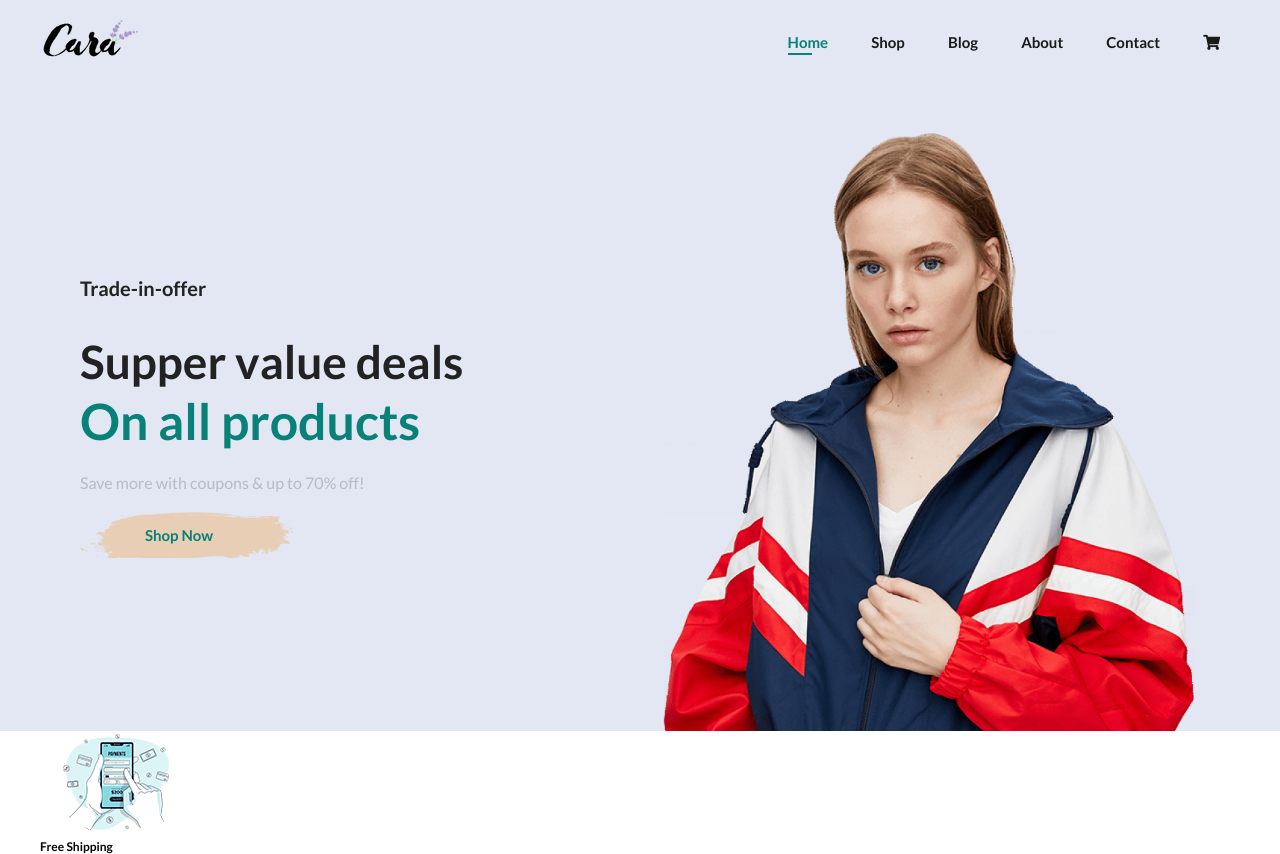
Repository: Nguyenductuan-dev/Website-Clothes
Page: index.html
These files come from the project's save history. The page is drawn as it stood at one moment and after the next save; the edit follows.
The browser window is 1280 px wide. The pictures show the whole page.

Above is the page before, as saved 2022-04-25 23:52:16.

After the next save:
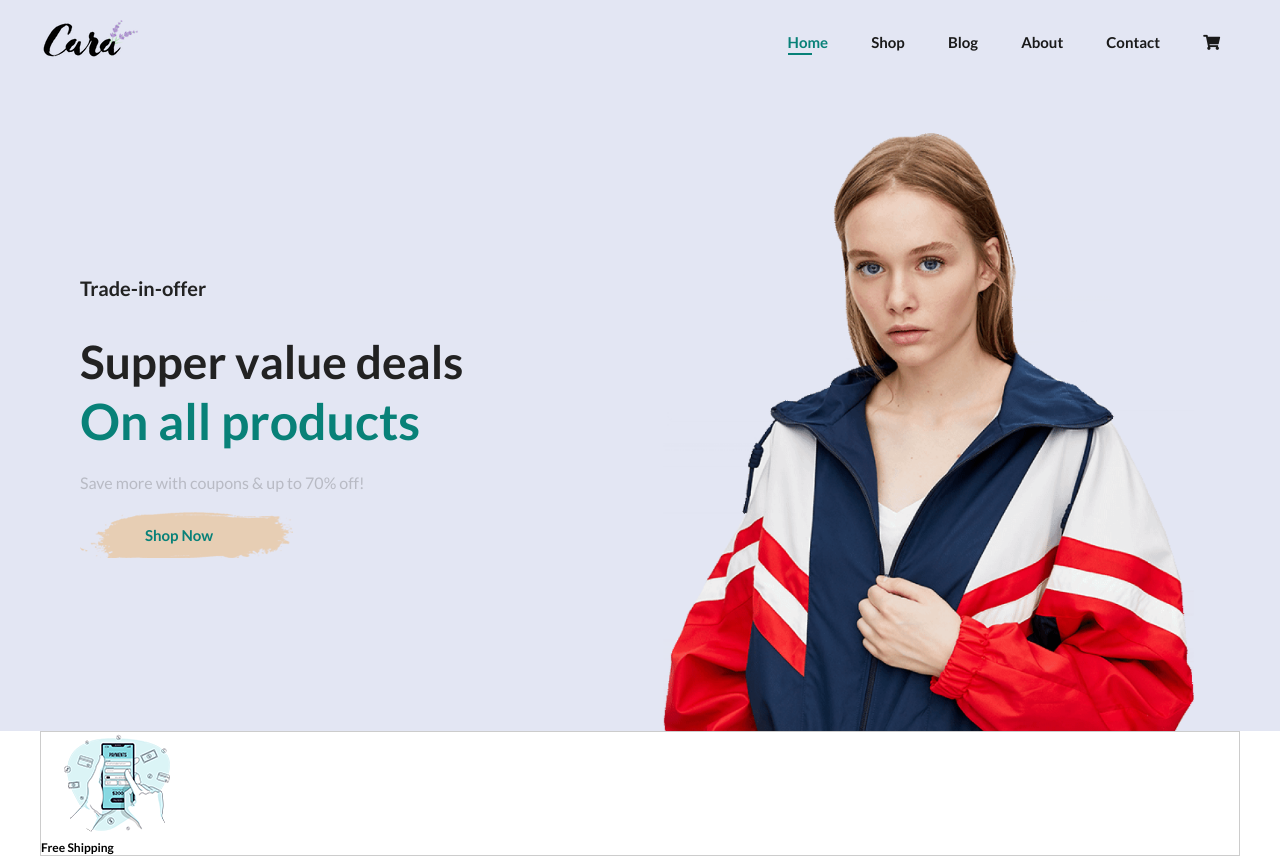
Saved 2 min 16 s later.
--- a/assets/css/style.css
+++ b/assets/css/style.css
@@ -122,3 +122,8 @@ body {
     font-weight: 700;
     font-size: 15px;
 }
+/* ================ FEATURE =================== */
+.feature__box {
+    border: 1px solid #ccc;
+
+}
